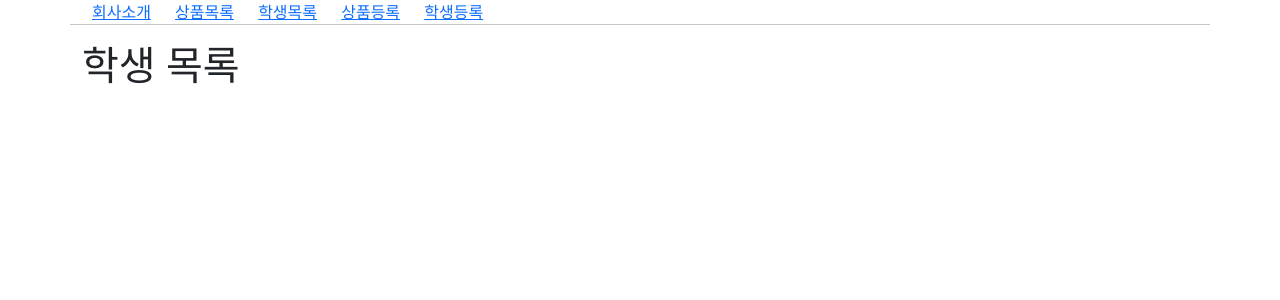
Repository: gwangso/web
Page: http://localhost/ex01/stu/list
These files come from the project's save history. The page is drawn as it stood at one moment and after the next save; the edit follows.
The browser window is 1280 px wide. The pictures show the whole page.
The page is served by Tomcat 9.

Above is the page before, as saved 2023-07-24 05:52:03.

After the next save:
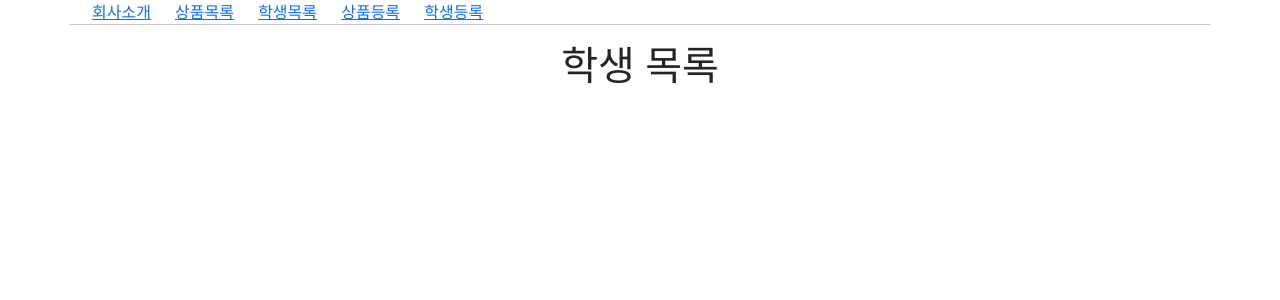
Saved 12 s later.
--- a/ex01/src/main/webapp/stu/list.jsp
+++ b/ex01/src/main/webapp/stu/list.jsp
@@ -3,6 +3,6 @@
 
 <div class="row">
 	<div class="col">
-		<h1>학생 목록</h1>
+		<h1 class="text-center">학생 목록</h1>
 	</div>
 </div>
